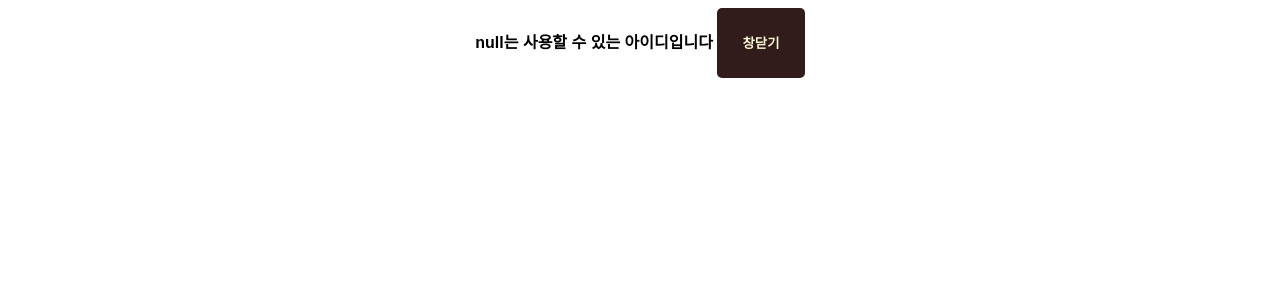
Repository: juhyun110701/DORANDORAN
Page: http://localhost/dorandoran/idDupChk.jsp
These files come from the project's save history. The page is drawn as it stood at one moment and after the next save; the edit follows.
The browser window is 1280 px wide. The pictures show the whole page.
Some web fonts or font styles are not loaded; a fallback is used. The page is served by Tomcat 9. Queries for data that is not in the repository find no rows.

Above is the page before, as saved 2019-08-12 12:02:22.

After the next save:
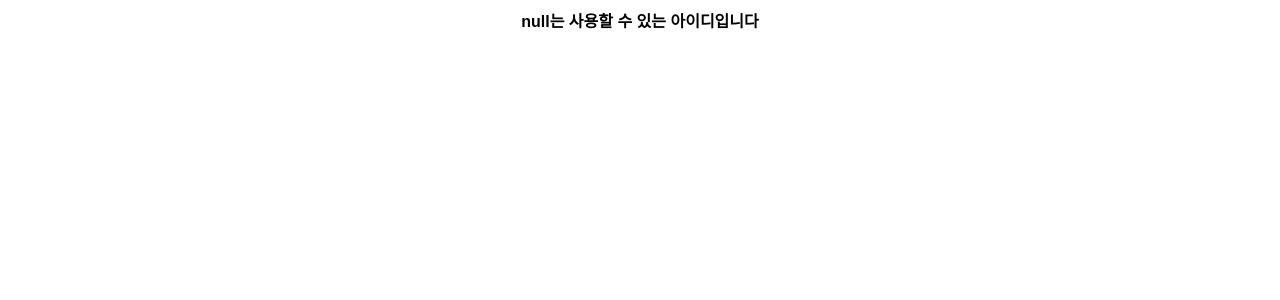
Saved 35 s later.
--- a/dorandoran/WebContent/idDupChk.jsp
+++ b/dorandoran/WebContent/idDupChk.jsp
@@ -53,9 +53,10 @@
 					<!-- <input type="button" class="btn2" value="창닫기" onclick="dupChk()"><p> -->
 				</form>
 <%	  		}//if
-	  		out.println(formid+"는 사용할 수 있는 아이디입니다");%>
-	  		<input type="button" class="btn2" value="창닫기" onclick="dupChk()"><p>
-<%	    }//try
+	    	else{
+	  			out.println(formid+"는 사용할 수 있는 아이디입니다");
+	    	}
+	    }//try
 	    catch(SQLException e){
 	    	System.out.println(e.getMessage());
 	    }
